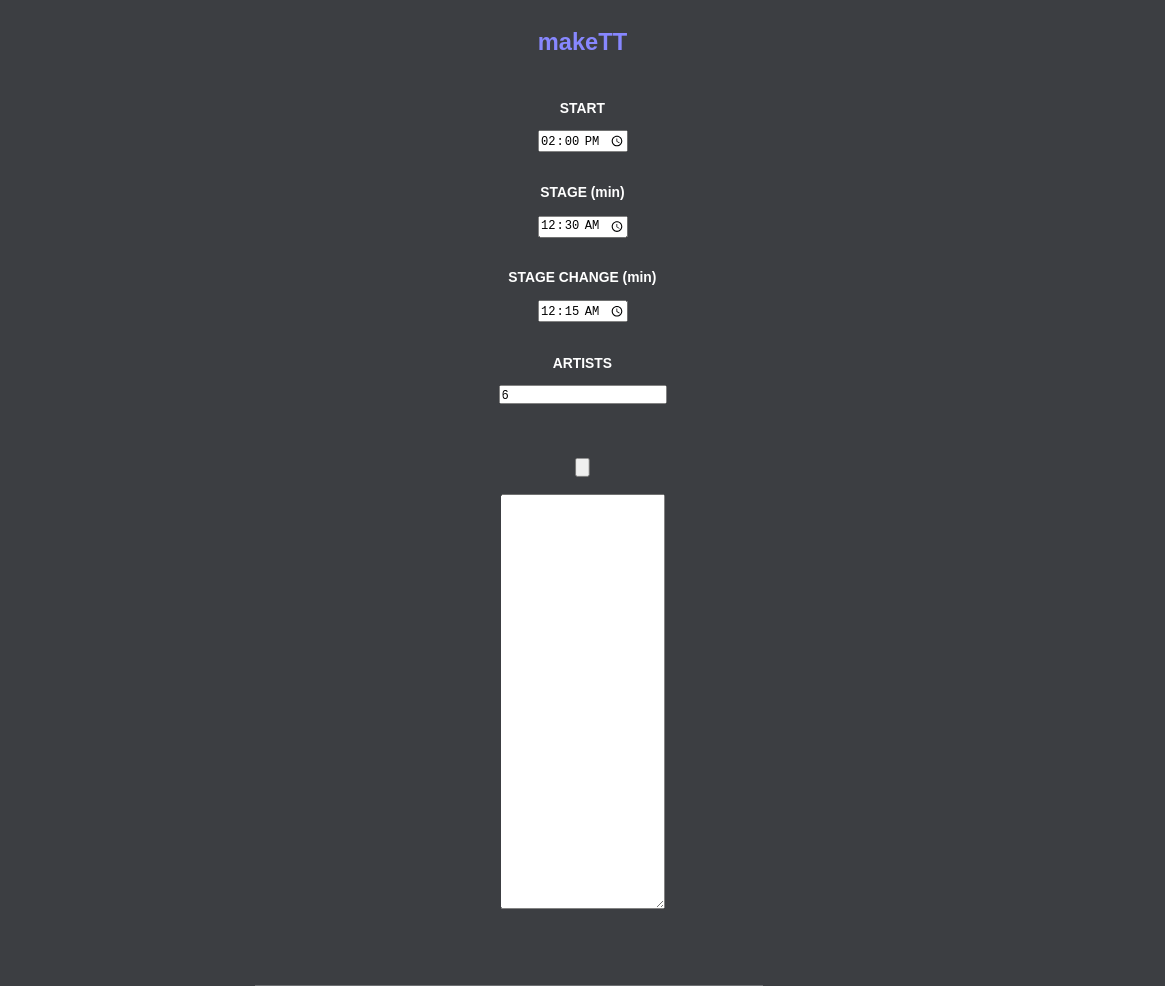
Repository: llll-7/makeTT
Page: index.html
The author's editor kept a record of every edit. The page is drawn from the files as they stood at one moment, then again after the next edit.
The browser window is 1280 px wide. The pictures show the whole page, at 91% of full size.

Above is the page before.

After the next edit:
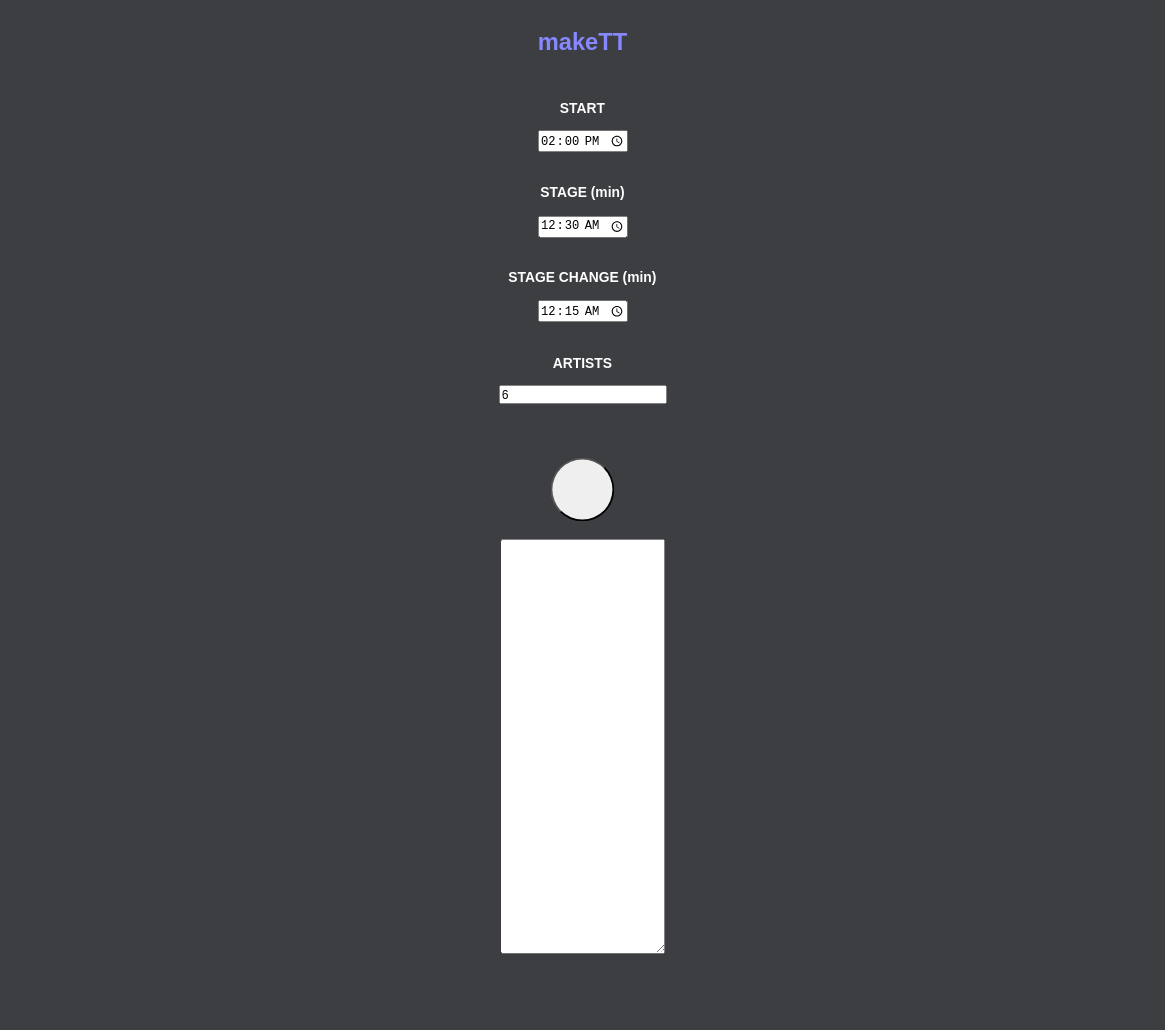
The edit:
--- a/stylesheet.css
+++ b/stylesheet.css
@@ -29,3 +29,9 @@ body {
 .white {
     color: white;
 }
+
+.button {
+    width: 70px;
+    height: 70px;
+    border-radius: 50%;background-color: #3c3e42"
+}
